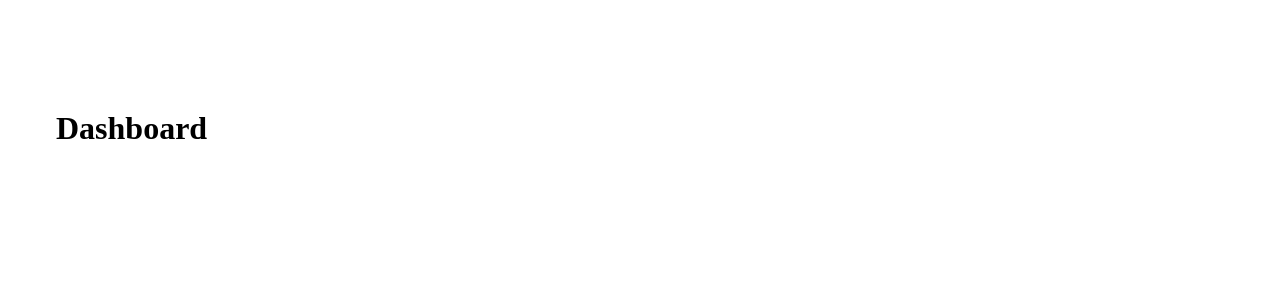
Repository: Cindy-tan/Assessment-_1
Page: /
An editor plug-in stored every save of this project. The page is shown before and after a run of saves, followed by the edit.
The browser window is 1280 px wide. The pictures show the whole page.
The project was rebuilt for these pictures with package versions that can differ from the ones it lists, and the page was loaded fresh each time. The framework's server and built-in components were replaced by stand-ins that run in the browser. Also part of the build but not shown: next.config.js, components/Header/Header.module.css, components/Card/Card.module.css, components/Card/index.js, components/Footer/Footer.module.css, components/Footer/index.js, components/MenuItem/MenuItem.module.css, components/MenuItem/index.js and 2 more.

Above is the page before, as saved 2024-01-18 23:05:55.

### pages/index.js
import Head from 'next/head'
import styles from '@/styles/Home.module.css'
import Header from '@/components/Header'
import Card from '@/components/Card'
import Footer from '@/components/Footer'
import MenuItem from '@/components/MenuItem'
import SideNavigation from '@/components/SideNavigation'



export default function Home() {

  return (
    <>
      <Head>
        <title>Assessment 1</title>
        <meta name="description" content="Generated by create next app" />
        <meta name="viewport" content="width=device-width, initial-scale=1" />
        <link rel="icon" href="/favicon.ico" />
      </Head>

      <main className={`${styles.main}`}>

        <Header/>








      </main>

    </>
  )
}

### styles/globals.css
:root {
  --black: #000;
  --white: #fff;
  --blue: rgba(12, 72, 156, 1.0);

  --large-font: 20px;
  --medium-font: 17px;
  --small-font: 14px;

  --violet-red: rgb(219, 112, 147);
  --amaranth: rgb(159, 43, 104);
  --cerise: rgb(222, 49, 99);
  --steel-blue: rgb(40, 189, 218);
  --teal: rgb(20, 151, 176);
  --yellow: rgb(12, 97, 119);
}

### styles/Home.module.css
.main {
  display: flex;
  flex-direction: row;
  align-items: center;
  padding: 3rem;
  min-height: 20vh;
}

### components/Header/index.js
import styles from "./Header.module.css"

export default function Header() {
    return (
        <>
            <header>
                <h1>Dashboard</h1>

            </header>
        </>
    )
}

Loaded but not shown: pages/_app.js (common file); pages/_document.js (common file)

After the next 5 saves:
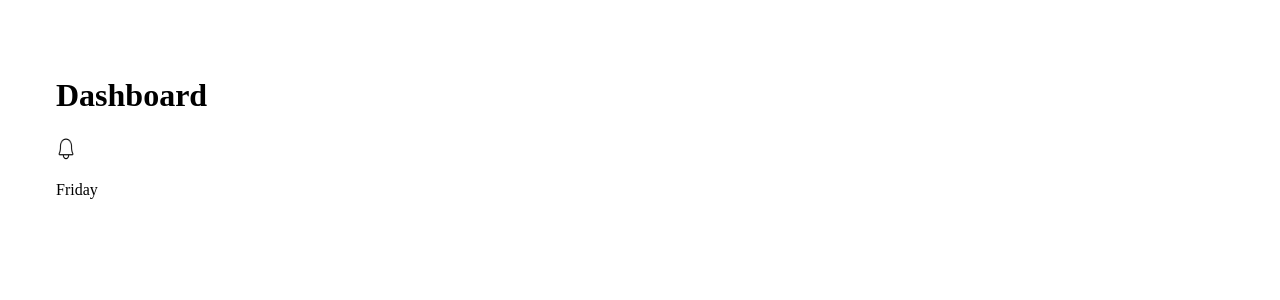
The 5 saves are shown as one change because 2 did not build or start and some came seconds apart.
The last was saved 32 s later.
--- a/components/Header/index.js
+++ b/components/Header/index.js
@@ -1,11 +1,13 @@
 import styles from "./Header.module.css"
+import Image from "next/image"
 
 export default function Header() {
     return (
         <>
             <header>
                 <h1>Dashboard</h1>
-
+                <Image src="/images/bell.png" alt="bell" width={20} height={25}/>
+                <p>Friday</p>
             </header>
         </>
     )
